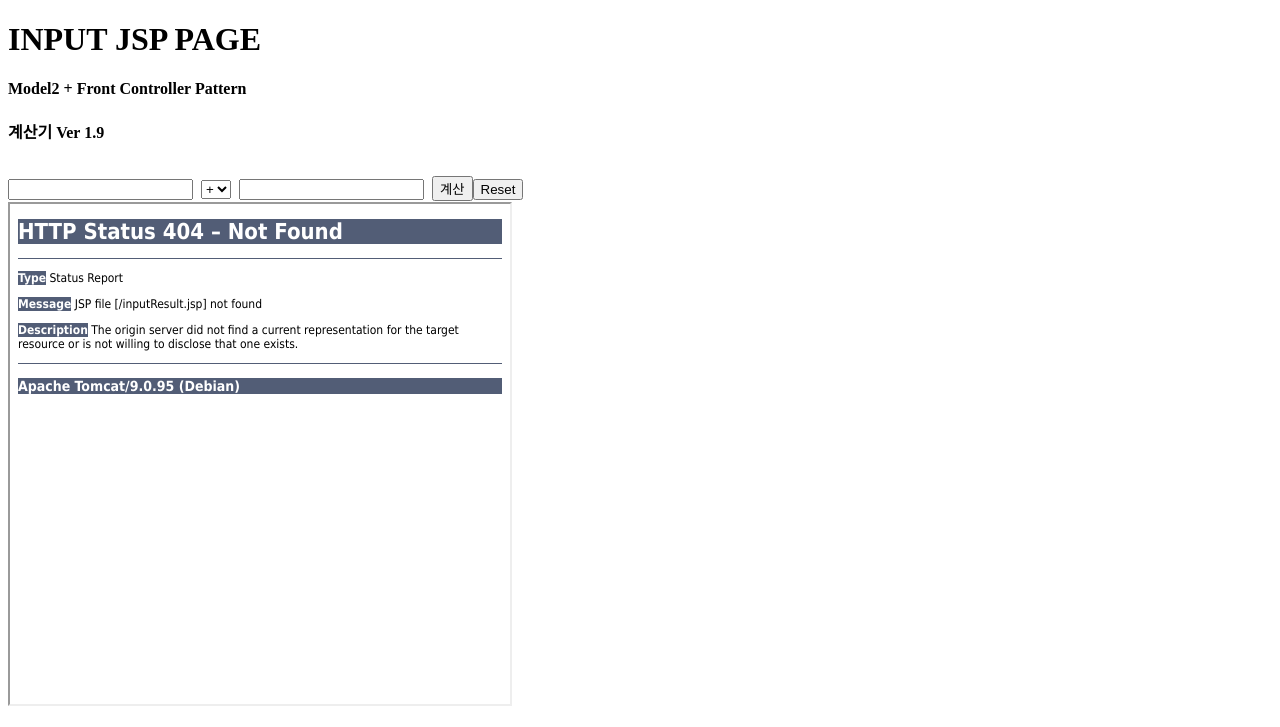
Repository: porivas/140630_Java
Page: http://localhost/web1/hello
An editor plug-in stored every save of this project. The page is shown before and after the next save, followed by the edit.
The browser window is 1280 px wide. The pictures show the whole page.
The page is served by Tomcat 9.

Above is the page before, as saved 2014-09-24 05:18:36.

After the next save:
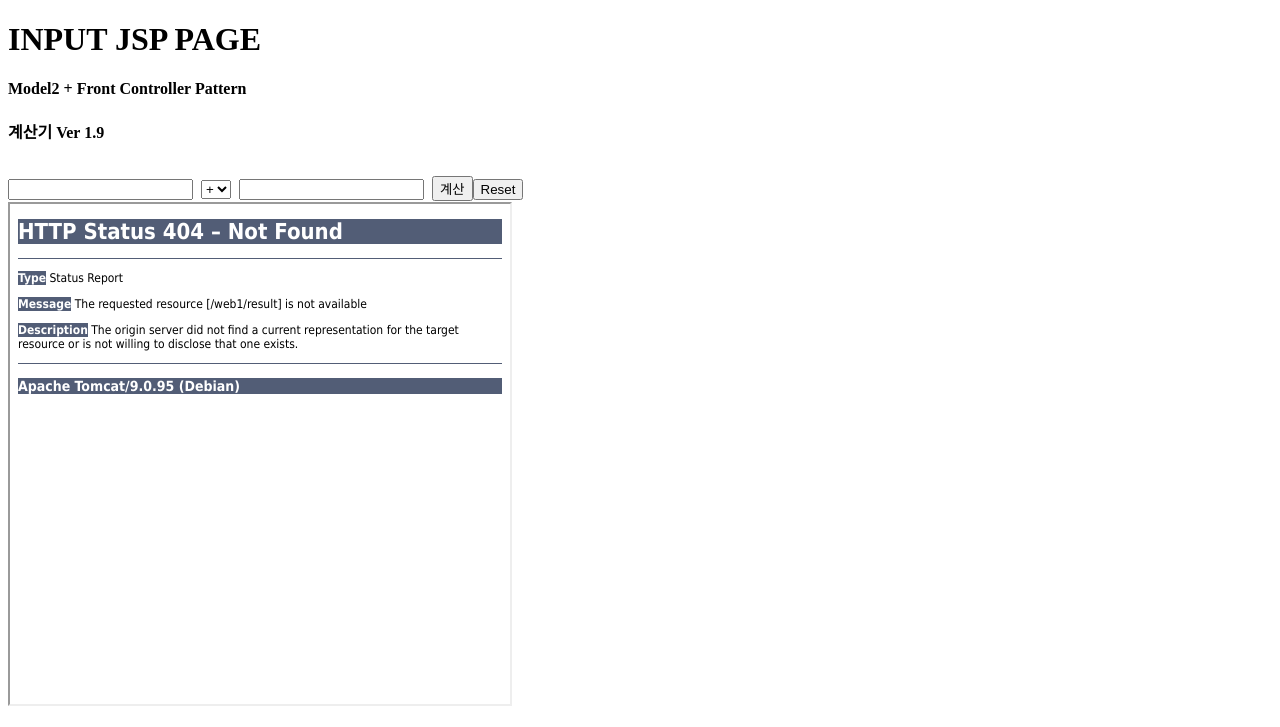
Saved 36 s later.
--- a/web1/WebContent/WEB-INF/jsp/input.jsp
+++ b/web1/WebContent/WEB-INF/jsp/input.jsp
@@ -25,7 +25,7 @@
 			<input type='submit' value='계산'><input type='reset'>
 			</form>
 
-			<iframe name = "secondframe" width = 500 height = 500 src='inputResult.jsp' >
+			<iframe name = "secondframe" width = 500 height = 500 src='/hello/result' >
 			</iframe>
 	</h1>
 
